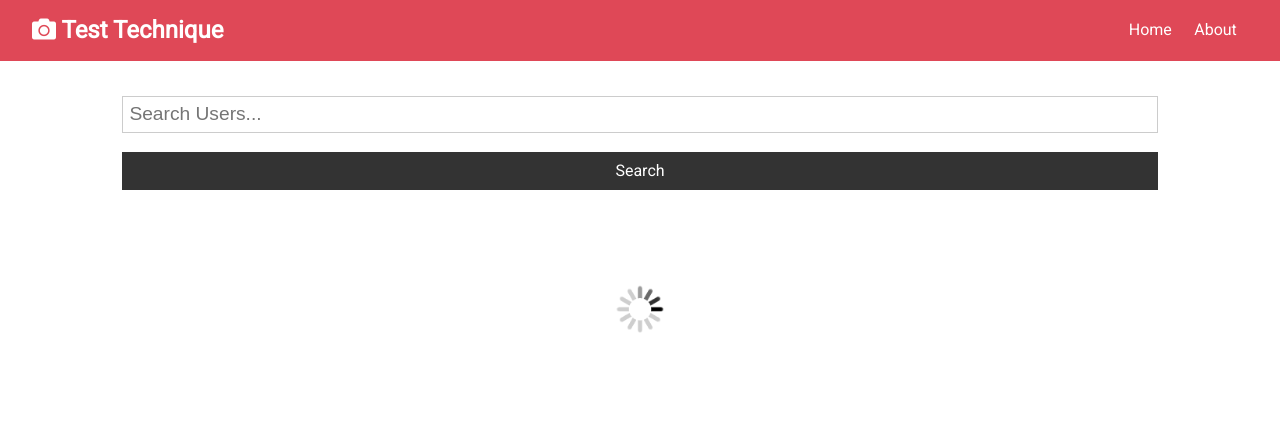
Repository: bafode/test-technique
Page: /
These files come from the project's save history. The page is drawn as it stood at one moment and after the next save; the edit follows.
The browser window is 1280 px wide. The pictures show the whole page.
The page's requests for data from a server got no answer. Some web libraries are served in a nearby version. The project was rebuilt for these pictures with package versions that can differ from the ones it lists, and the page was loaded fresh each time. No one was signed in, and anything a server would have sent is missing. Also part of the build but not shown: src/components/pictures/PictureItem.js.

Above is the page before, as saved 2023-06-17 04:48:42.

After the next save:
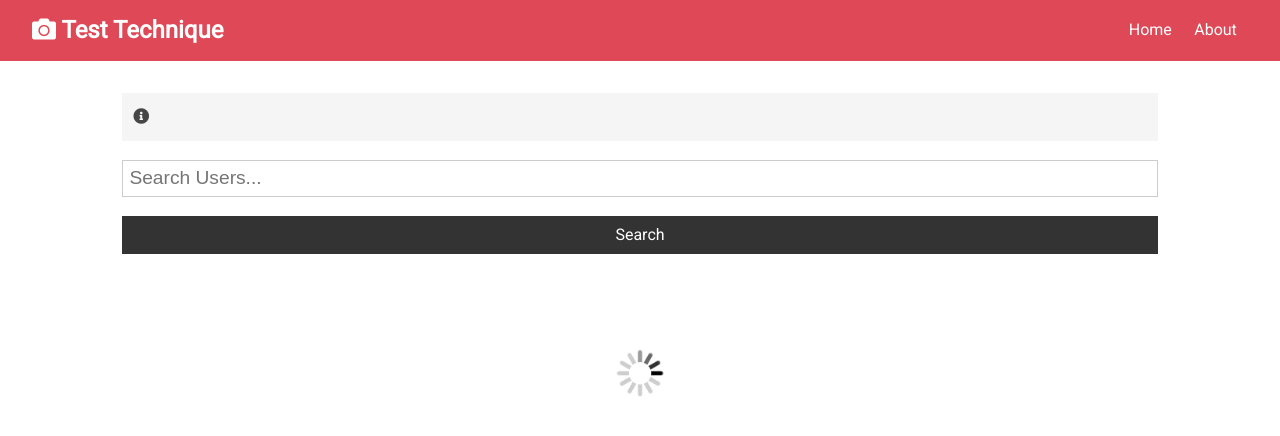
Saved 2 min 22 s later.
--- a/src/App.js
+++ b/src/App.js
@@ -3,6 +3,7 @@
 import axios from 'axios';
 import './App.css';
 import Navbar from './components/layout/Navbar'
+import Alert from './components/layout/Alert'
 import Pictures from './components/pictures/Pictures'
 import Search from './components/pictures/Search'
 
@@ -48,6 +49,7 @@
     <div className="App">
       <Navbar />
       <div className="container">
+      <Alert alert={alert} />
         <Search
           searchPictures={searchPictures}
           clearPicture={clearPictures}
